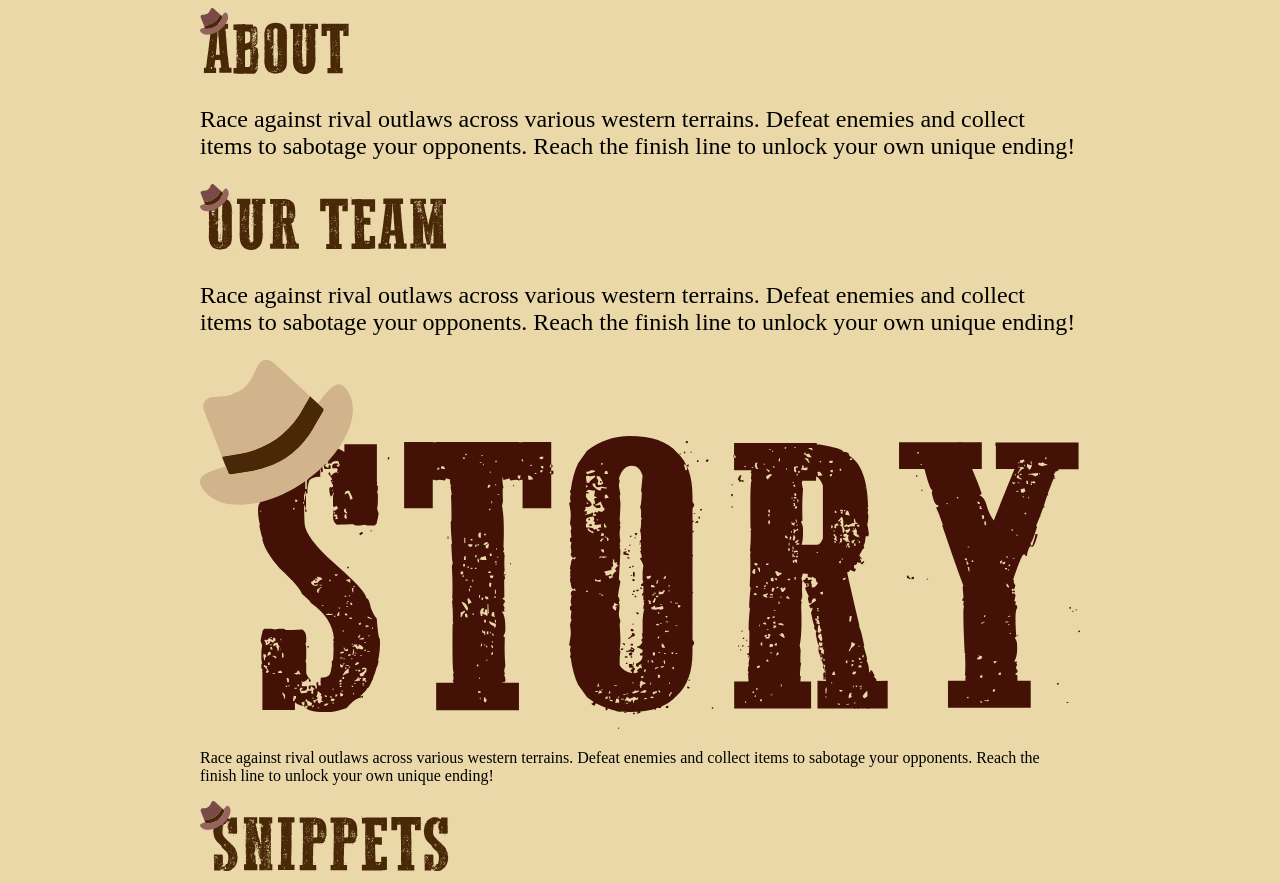
Repository: AlyssaHug/Bandit-Breakout
Page: index.html
The author's editor kept a copy of each file at every save. The page is drawn from the files as they stood at one save, then again after the next save.
The browser window is 1280 px wide. The pictures show the whole page.
Some web fonts or font styles are not loaded; a fallback is used.

Above is the page before, as saved 2025-05-06 14:09:31.

After the next save:
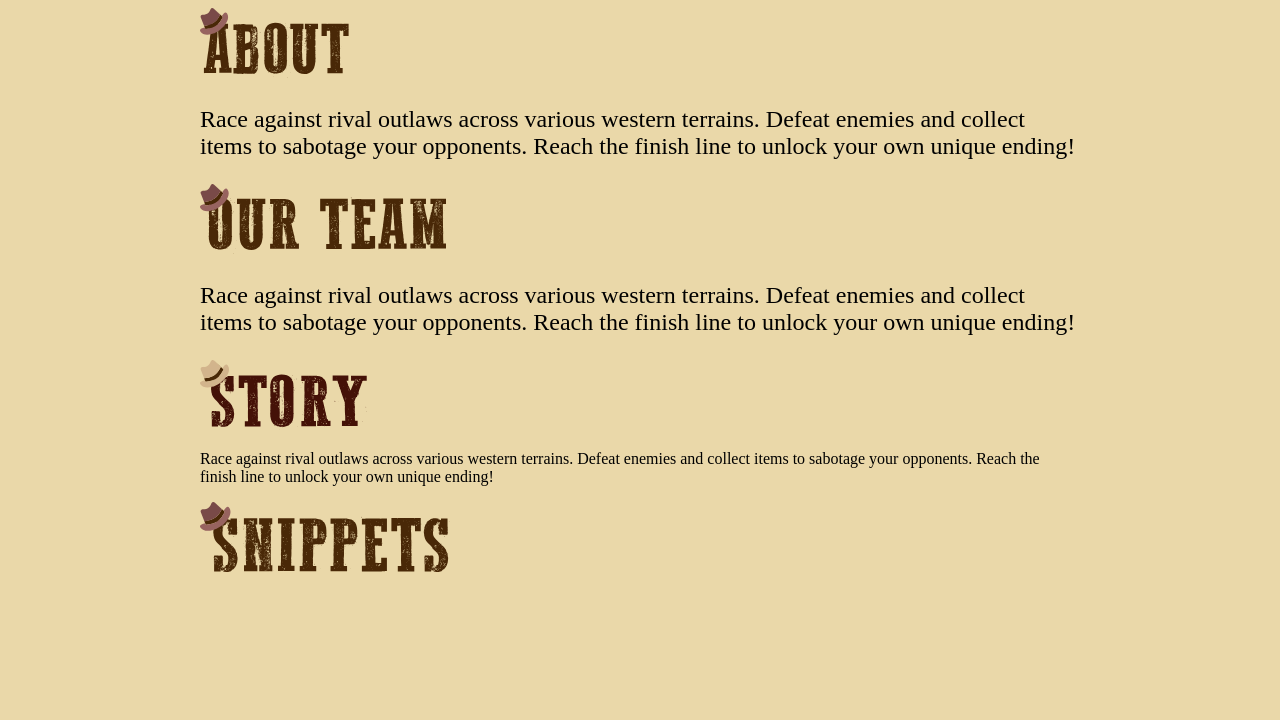
Saved 5 s later.
--- a/styles.css
+++ b/styles.css
@@ -39,7 +39,7 @@ html {
     height: 70px;
 }
 
-.snippets_section-heading {
+.story_section-heading {
     height: 70px;
 }
 
